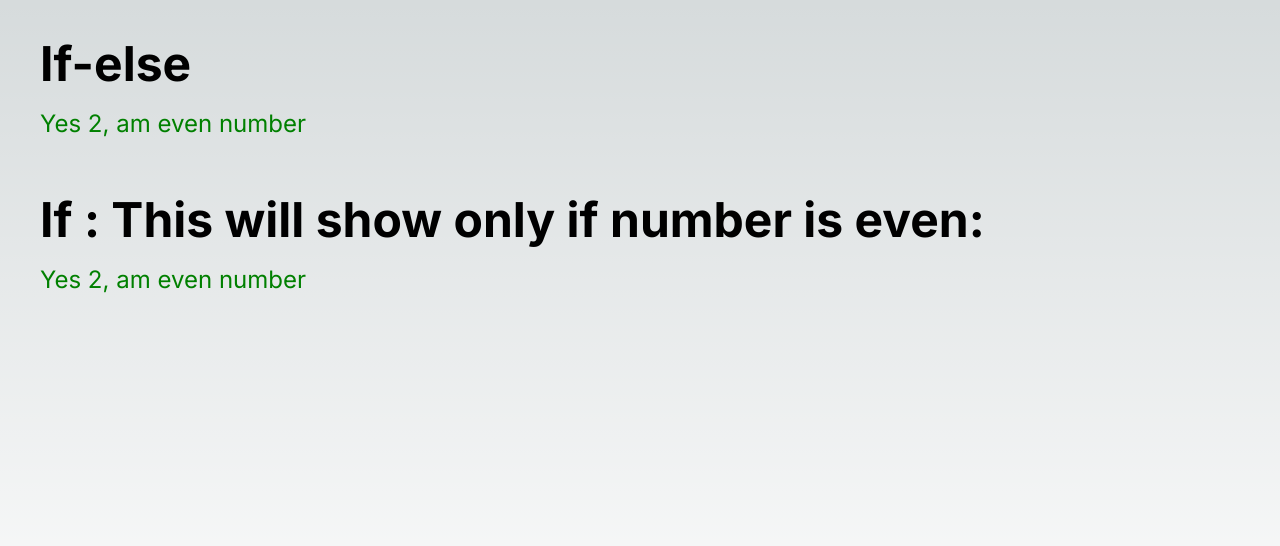
Repository: chapeee/learnNextBella
Page: / (app in basicconcepts/)
These files come from the project's save history. The page is drawn as it stood at one moment and after the next save; the edit follows.
The browser window is 1280 px wide. The pictures show the whole page.
The project was rebuilt for these pictures with package versions that can differ from the ones it lists, and the page was loaded fresh each time. The framework's server and built-in components were replaced by stand-ins that run in the browser. Also part of the build but not shown: basicconcepts/next.config.mjs.

Above is the page before, as saved 2024-03-22 21:03:22.

After the next save:
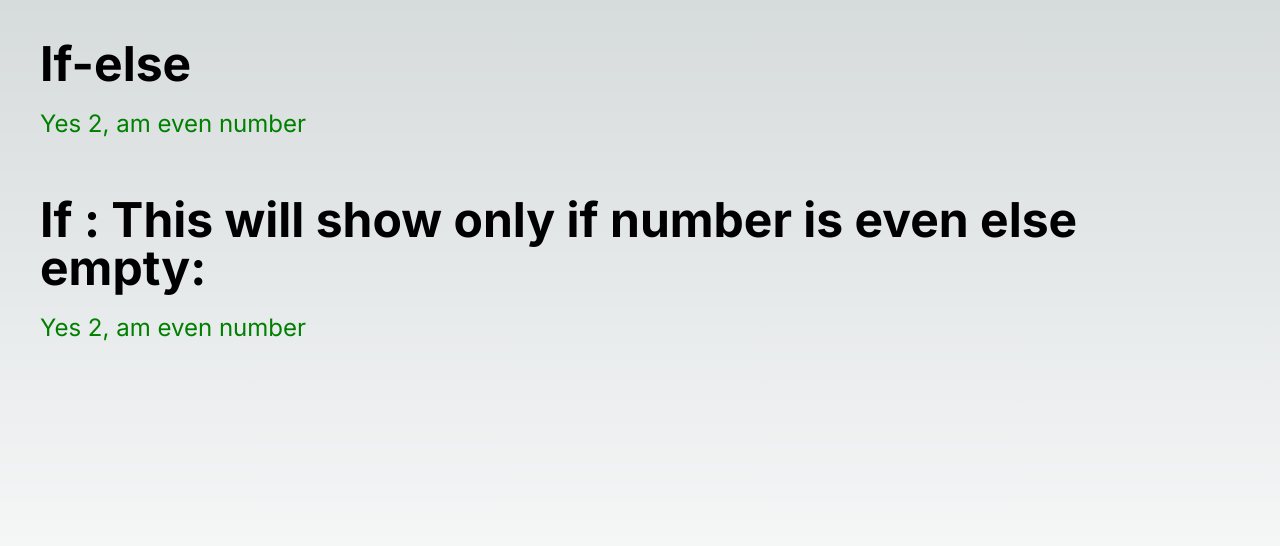
Saved 16 s later.
--- a/basicconcepts/src/app/Components/ConditionRendering.tsx
+++ b/basicconcepts/src/app/Components/ConditionRendering.tsx
@@ -35,18 +35,18 @@ export default function ConditionRendering() {
                 }
             </div>
 
-<div className="mt-14">
-<h1 className="text-5xl font-bold">If : This will show only if number is even:</h1>
-            <div className="mt-5">
-                {
-                    //checking condition (if)
-                    isEvenNumber && (
-                        <div className='text-[green] text-2xl'>Yes {numberEvenOrOdd}, am even number</div>
-                    )
+            <div className="mt-14">
+                <h1 className="text-5xl font-bold">If : This will show only if number is even else empty:</h1>
+                <div className="mt-5">
+                    {
+                        //checking condition (if)
+                        isEvenNumber && (
+                            <div className='text-[green] text-2xl'>Yes {numberEvenOrOdd}, am even number</div>
+                        )
 
-                }
+                    }
+                </div>
             </div>
-</div>
 
 
 
